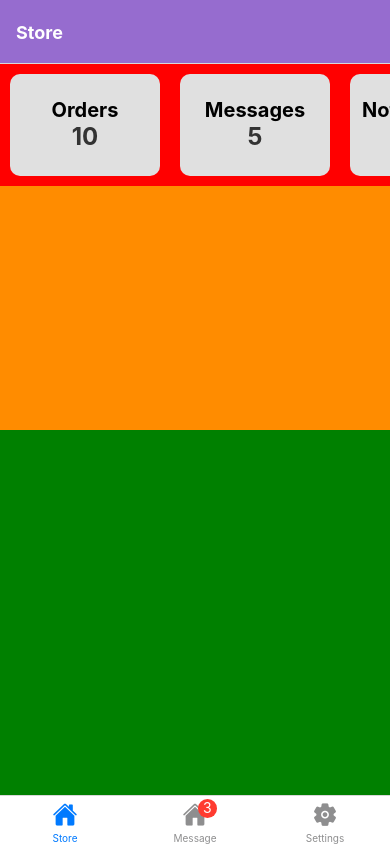
Repository: Waikato153/AwesomeProject
Screen: /
The author's editor kept a copy of each file at every save. The screen is drawn from the files as they stood at one save, then again after the next save.
The app was drawn by React Native's web renderer in a window 390 px wide. The project was rebuilt for these pictures with package versions that can differ from the ones it lists, and the page was loaded fresh each time.

Above is the screen before, as saved 2024-02-29 12:00:45.

### App.js
import * as React from 'react';
import { Text, View, StyleSheet} from 'react-native';
import { NavigationContainer } from '@react-navigation/native';
import { createBottomTabNavigator } from '@react-navigation/bottom-tabs';
import { Ionicons } from '@expo/vector-icons';

import HomeScreen from './screens/HomeScreen';

function SettingsScreen() {
  return (
    <View style={{ flex: 1, justifyContent: 'center', alignItems: 'center' }}>
      <Text>Settings!</Text>
    </View>
  );
}


const styles = StyleSheet.create({
  container: {
    flex: 1,
    justifyContent: 'center',
    backgroundColor: 'white',
    alignItems: 'center',
    padding: 8,
  },
  paragraph: {
    margin: 24,
    fontSize: 18,
    fontWeight: 'bold',
    textAlign: 'center',
  },
});

const Tab = createBottomTabNavigator();

function MyTabs() {
  return (

    <Tab.Navigator
      screenOptions={{
        tabBarIcon: ({ color, size }) => (
          <Ionicons name="home" color={color} size={size} />
        ),
        headerStyle: {
          backgroundColor: '#966ccf',
        },
        headerTintColor: '#fff',
        headerTitleStyle: {
          fontWeight: 'bold',
        },
      }}
    >
      <Tab.Screen
        name="Store"
        component={HomeScreen}

      />
      <Tab.Screen
        name="Message"
        component={SettingsScreen}
        options={{
          tabBarBadge: 3
        }}
      />
      <Tab.Screen
        name="Settings"
        component={SettingsScreen}
        options={{
          tabBarIcon: ({ color, size }) => (
            <Ionicons name="settings" color={color} size={size} />
          ),
        }}
      />
    </Tab.Navigator>


  );
}

export default function App() {
  return (
    <NavigationContainer>
      <MyTabs />
    </NavigationContainer>
  );
}

### screens/HomeScreen.js
import React from 'react';
import { View, Text, StyleSheet, FlatList } from 'react-native';

const data = [
  { title: 'Orders', count: 10 },
  { title: 'Messages', count: 5 },
  { title: 'Notifications', count: 8 },
  // Add more data as needed
];

const renderItem = ({ item }) => (
  <View style={styles.block}>
    <Text style={styles.title}>{item.title}</Text>
    <Text style={styles.count}>{item.count}</Text>
  </View>
);

const HomeScreen = () => {
  return (
    <View style={styles.container}>
      <View style={{flex: 1, backgroundColor: 'red'}}>
        <FlatList
          horizontal
          data={data}
          renderItem={renderItem}
          keyExtractor={(item, index) => index.toString()}
          showsHorizontalScrollIndicator={false}
          contentContainerStyle={styles.flatListContent}
        />
      </View>
      <View style={{flex: 2, backgroundColor: 'darkorange'}} />
      <View style={{flex: 3, backgroundColor: 'green'}} />
    </View>
  );
};

const styles = StyleSheet.create({
  container: {
    flex: 1,
  },
  flatListContent: {
    //paddingLeft: 20,
    //paddingRight: 20,
  },
  block: {
    width: 150, // 设置方块宽度
    justifyContent: 'center',
    alignItems: 'center',
    backgroundColor: '#e0e0e0',
    borderRadius: 10,

    margin: 10,
  },
  title: {
    fontSize: 20,
    fontWeight: 'bold',

  },
  count: {
    fontSize: 24,
    fontWeight: 'bold',
    color: '#333333',
  },
});

export default HomeScreen;

After the next save:
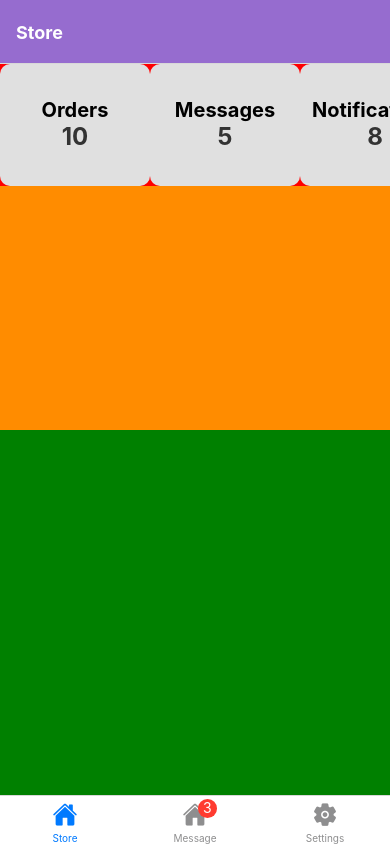
Saved 12 s later.
--- a/screens/HomeScreen.js
+++ b/screens/HomeScreen.js
@@ -49,7 +49,6 @@ const styles = StyleSheet.create({
     backgroundColor: '#e0e0e0',
     borderRadius: 10,
 
-    margin: 10,
   },
   title: {
     fontSize: 20,
